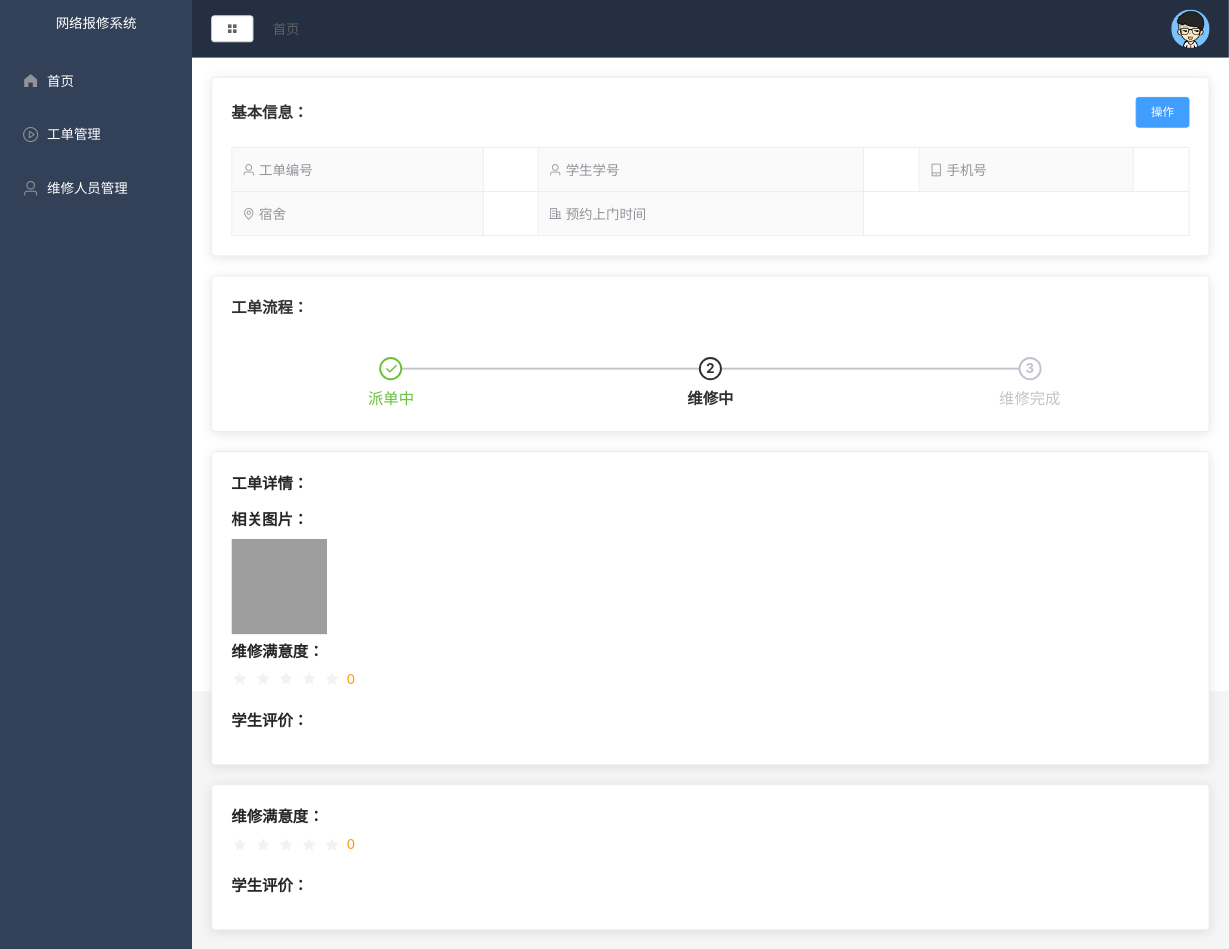
Repository: LtheW/vue
Page: /submit
An editor plug-in stored every save of this project. The page is shown before and after the next save, followed by the edit.
The browser window is 1280 px wide. The pictures show the whole page, at 96% of full size.
Pictures or frames that could not be fetched are drawn as grey boxes. The page's requests for data from a server got no answer. The project was rebuilt for these pictures with package versions that can differ from the ones it lists, and the page was loaded fresh each time. No one was signed in, and anything a server would have sent is missing. Also part of the build but not shown: vue.config.js, src/components/CommonTag.vue, src/views/Maintainer/Add.vue.

Above is the page before, as saved 2022-03-27 11:21:57.

After the next save:
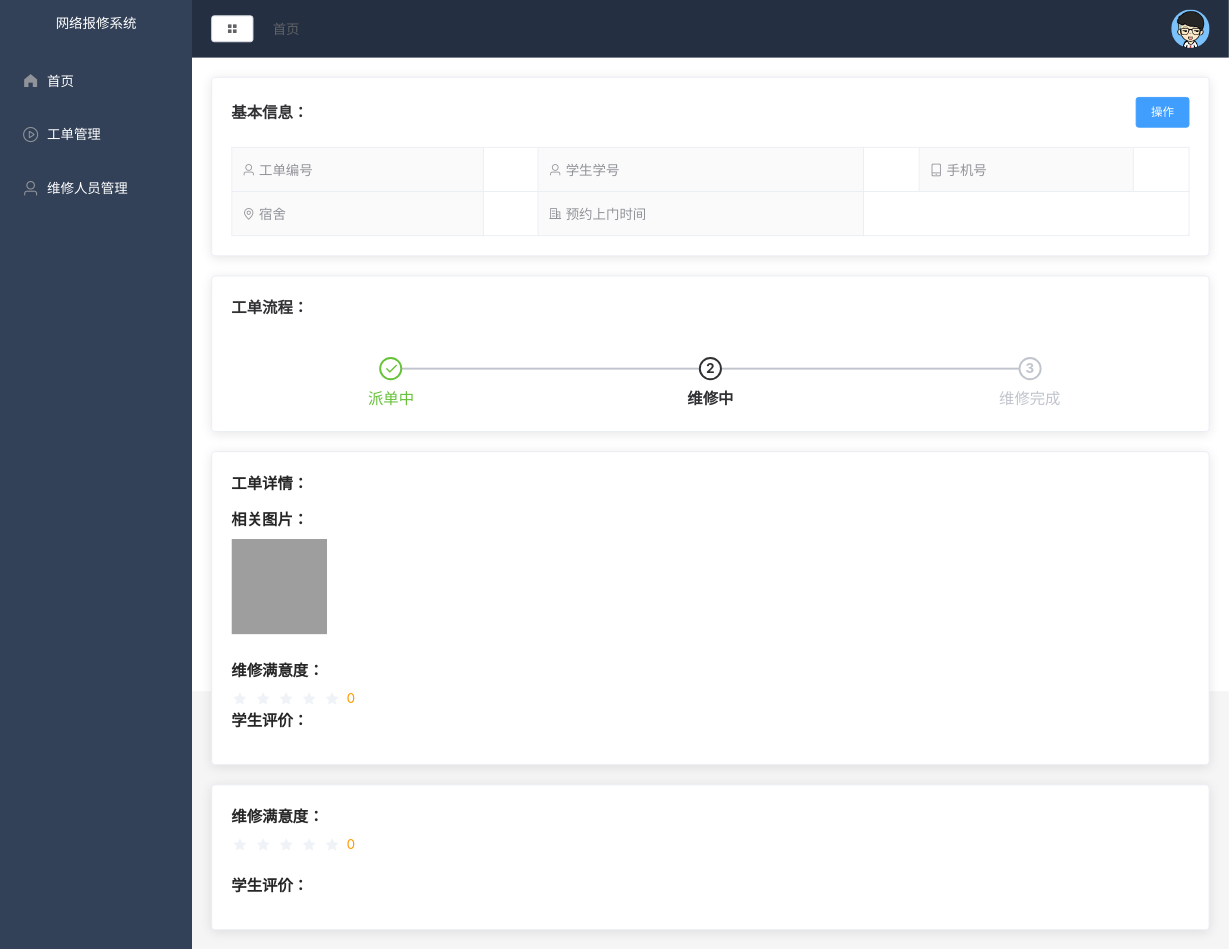
Saved 26 s later.
--- a/src/views/Submit.vue
+++ b/src/views/Submit.vue
@@ -79,6 +79,7 @@
             :preview-src-list="srcList"
           >
           </el-image>
+          <div class="p">
           <h5 class="title">维修满意度：</h5>
           <el-rate
             v-model="form.maintenanceSatisfaction"
@@ -88,7 +89,7 @@
             score-template="{value}"
           >
           </el-rate>
-          <div class="p">
+
           <h5 class="title">学生评价：</h5>
           <p>{{ form.evaluation }}</p>
           </div>
